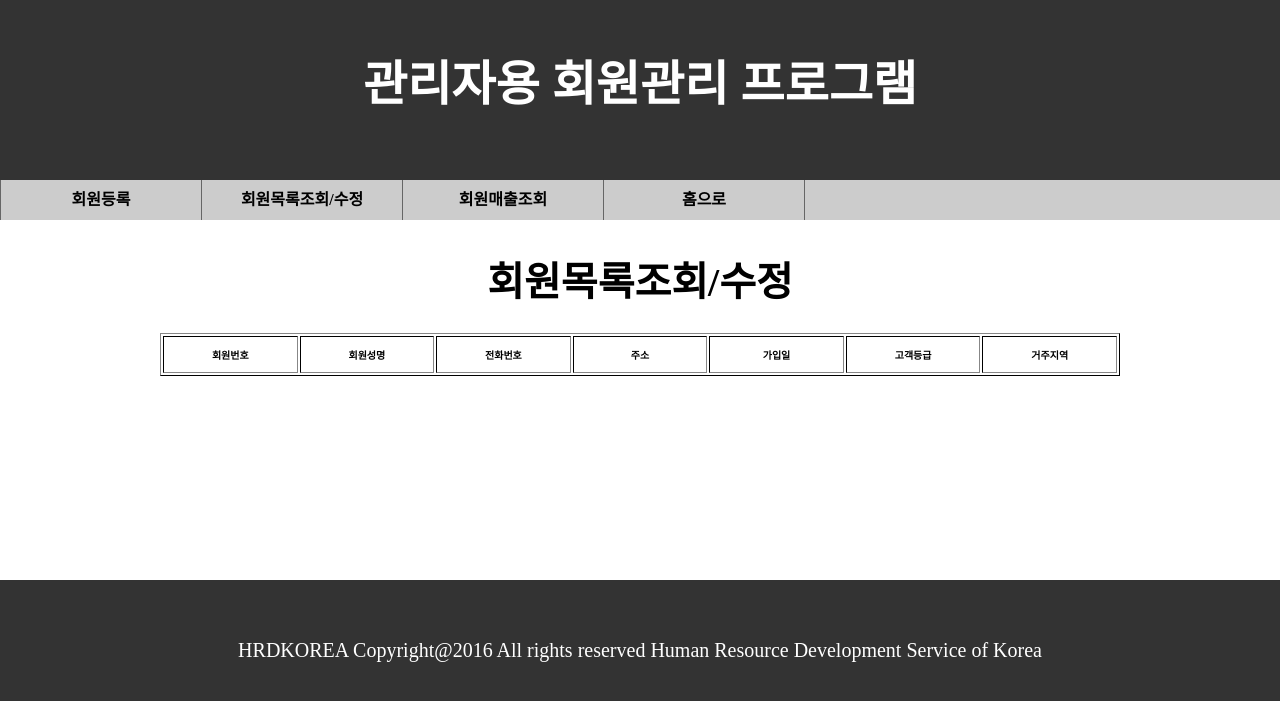
Repository: jsky1234/NCS
Page: http://localhost/HRD_1/memberList.jsp
The author's editor kept a copy of each file at every save. The page is drawn from the files as they stood at one save, then again after the next save.
The browser window is 1280 px wide. The pictures show the whole page.
The page is served by Tomcat 9. Queries for data that is not in the repository find no rows.

Above is the page before, as saved 2020-11-11 06:03:59.

### ncs1/HRD_1/WebContent/memberList.jsp
<%@ page language="java" contentType="text/html; charset=UTF-8"
    pageEncoding="UTF-8"%>
<%@ page import="java.sql.PreparedStatement" %>
<%@ page import="java.sql.DriverManager" %>
<%@ page import="java.sql.Connection" %>
<%@ page import="java.sql.ResultSet" %>
<%@ page import="DBPKG.DBcon" %>
<%@ page import="java.util.*, java.text.*, java.lang.*, java.net.*" %>
<%@ include file="admin_header.jsp" %>
<link rel="stylesheet" href="./css/table.css" />
<%@ include file="admin_nav.jsp" %>
<main class="content">
	<section class="page" id="page1">
		<h2 class="page_tit">회원목록조회/수정</h2>
		<div class="main_help">
			<table class="tb" border="1" cellpadding="1">
				<thead>
					<tr>
						<th class="custno">회원번호</th>
						<th class="custname">회원성명</th>
						<th class="phone">전화번호</th>
						<th class="address">주소</th>
						<th class="joindae">가입일</th>
						<th class="grade">고객등급</th>
						<th class="city">거주지역</th>
					</tr>
				</thead>
				<tbody>
				<%
				DBcon db;
				Connection conn = null;
				PreparedStatement pstmt = null;
				ResultSet rs;
				int custno;
				String custname, phone, address, joindate, grade, city;

				try {
					conn = DBcon.getConnection();
					String sql = "SELECT * FROM member_tbl_02";

					pstmt = conn.prepareStatement(sql);
					rs = pstmt.executeQuery();

					while(rs.next()) {
						custno = rs.getInt("custno");
						custname = rs.getString("custname");
						phone = rs.getString("phone");
						address = rs.getString("address");
						joindate = rs.getString("joindate");
						grade = rs.getString("grade");
						city = rs.getString("city");

						switch(grade) {
							case "A" : grade = "VIP"; break;
							case "B" : grade = "일반"; break;
							case "C" : grade = "직원"; break;
						}
						String sdate = joindate.substring(0,10);
					%>
					<tr>
						<td class="custno"><%=custno %></td>
						<td class="custname"><%=custname %></td>
						<td class="phone"><%=phone %></td>
						<td class="address"><%=address %></td>
						<td class="joindate"><%=sdate %></td>
						<td class="grade"><%=grade %></td>
						<td class="city"><%=city %></td>
					</tr>
					<%
					}
					%>
				</tbody>
			</table>
				<%
				} catch(Exception e) {
					System.out.println("DB Connection error : "+e);
				%>
				<script>
				alert("데이터베이스 연결에 실패하여 작업이 완료되지 않았습니다.");
				location.href = memberIns.jsp
				</script>
				<%
				} finally {
					try {
						if(pstmt != null) pstmt.close();
						if(conn != null) conn.close();
				%>
					<script>
					alert("회원정보 조회에 성공하였습니다.");
					</script>
					<%
					} catch(Exception e) {
						//핸들에러 프린트
						System.out.println("DB Close error :"+e);
					}
				}
					%>
		</div>
	</section>
</main>
<%@ include file="admin_footer.jsp" %>

### ncs1/HRD_1/WebContent/admin_header.jsp
<%@ page language="java" contentType="text/html; charset=UTF-8"
    pageEncoding="UTF-8"%>
<!DOCTYPE html>
<html>
<head>
<meta charset="UTF-8">
<link rel="stylesheet" href="./css/main.css" />
<title>관리자 모드</title>
</head>
<body>
<header class="hd">
	<h2 class="tit">관리자용 회원관리 프로그램</h2>
</header>

### ncs1/HRD_1/WebContent/admin_nav.jsp
<%@ page language="java" contentType="text/html; charset=UTF-8"
    pageEncoding="UTF-8"%>
<nav class="gnb">
	<ul>
		<li><a href="memberIns.jsp">회원등록</a></li>
		<li><a href="memberList.jsp">회원목록조회/수정</a></li>
		<li><a href="memberSearch.jsp">회원매출조회</a></li>
		<li><a href="admin.jsp">홈으로</a></li>
	</ul>
</nav>

### ncs1/HRD_1/WebContent/admin_footer.jsp
<%@ page language="java" contentType="text/html; charset=UTF-8"
    pageEncoding="UTF-8"%>
<footer class="ft">
	<div class="ft_wrap">
		<div class="admin_copy">
			<p class="copyright">HRDKOREA Copyright@2016 All rights reserved Human Resource Development Service of Korea</p>
		</div>
	</div>
</footer>
</body>
</html>

### ncs1/HRD_1/src/DBPKG/DBcon.java
package DBPKG;

import java.sql.Connection;
import java.sql.DriverManager;
import java.sql.SQLException;

public class DBcon {
	public static Connection getConnection() throws Exception{
		Class.forName("oracle.jdbc.OracleDriver");
		Connection con = DriverManager.getConnection("jdbc:oracle:thin:@//localhost:1521/xe", "system", "1234");
		return con;
	}
}

### ncs1/HRD_1/WebContent/css/main.css
@charset "UTF-8";

* { margin: 0; padding: 0; }
body, html { width: 100%; height: 100%; }
ul { list-style : none; }
a { text-decoration: none; }
button, label, input { outline: 0; border: 0;  }
img { border: 0; }
ol { padding: 30px; }

.hd { clear: both; min-height: 180px; background-color: #333; }
.tit { font-size: 48px; text-align: center; line-height: 140px; color: #fff; padding-top: 15px;}
.gnb { clear: both; height: 40px; background-color: #cccccc; }
.gnb li { float: left; min-width: 120px; width: auto; }
.gnb a { display:block; text-align: center; line-height: 40px; width: 200px; height: 40px; color: #000000; font-weight: 700; border-left: 1px solid #666666; }
.gnb li:last-child { border-right: 1px solid #666666; }

.page { clear: both; padding: 30px 0 30px 0; }
.page_tit { text-align: center; font-size: 40px; }
.item_tit1 { font-size: 24px; margin-top: 30px; }
.item_tit2 { font-size: 18px; margin-top: 40px;}

.ft { clear: both; position: absolute;  width: 100%; bottom: 0; min-height:80px; height: 140px; background-color: #333; }
.copyright { color: #fff; font-size: 20px; text-align: center; margin-top: 20px; line-height: 100px;}

### ncs1/HRD_1/WebContent/css/table.css
@charset "UTF-8";

.main_help { width: 960px; margin: 25px auto; font-size: 20px; }
.main_help ol { padding-top: 5px; }
.tb { display: table; border: 1; border-color: #333; width: 960px; text-align: center;}
.tb tr { display: table-row; }
.tb td, .tb th { display: table-cell; padding: 10px; }
.tb th { width: 480px; font-size: 10px;}

After the next save:
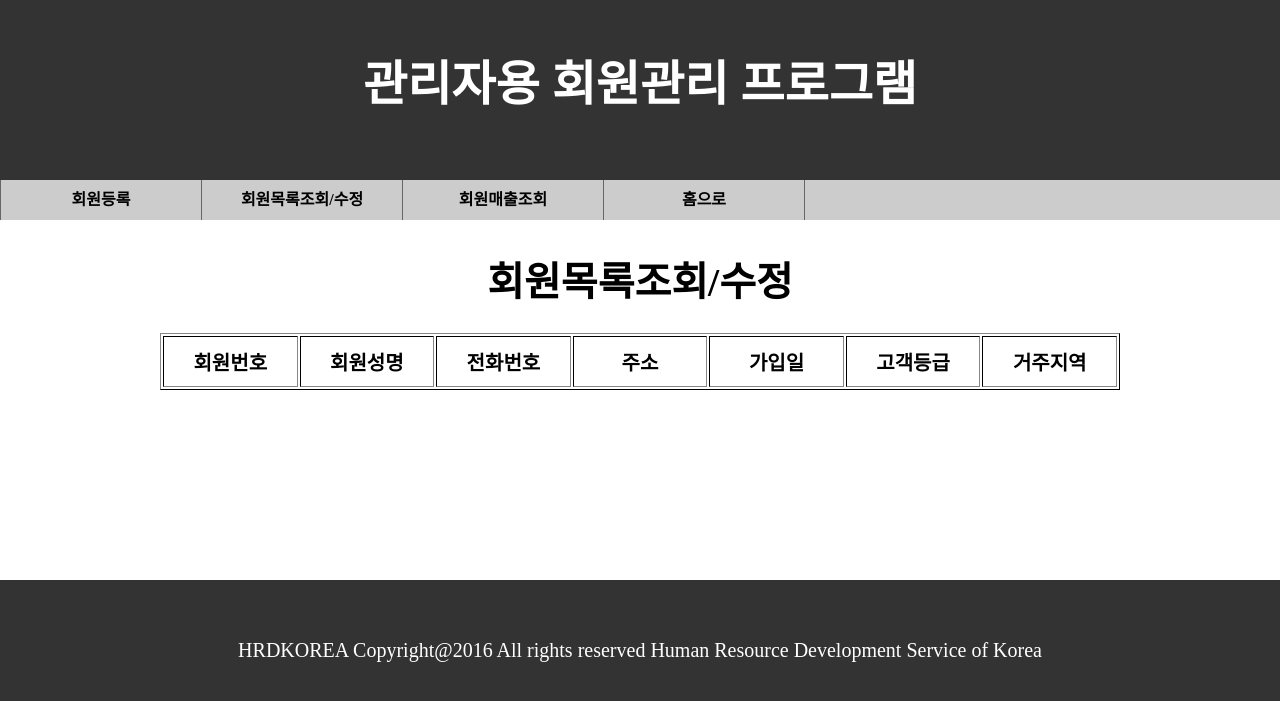
Saved 8 s later.
--- a/ncs1/HRD_1/WebContent/css/table.css
+++ b/ncs1/HRD_1/WebContent/css/table.css
@@ -5,4 +5,4 @@
 .tb { display: table; border: 1; border-color: #333; width: 960px; text-align: center;}
 .tb tr { display: table-row; }
 .tb td, .tb th { display: table-cell; padding: 10px; }
-.tb th { width: 480px; font-size: 10px;}
+.tb th { width: 480px; }
